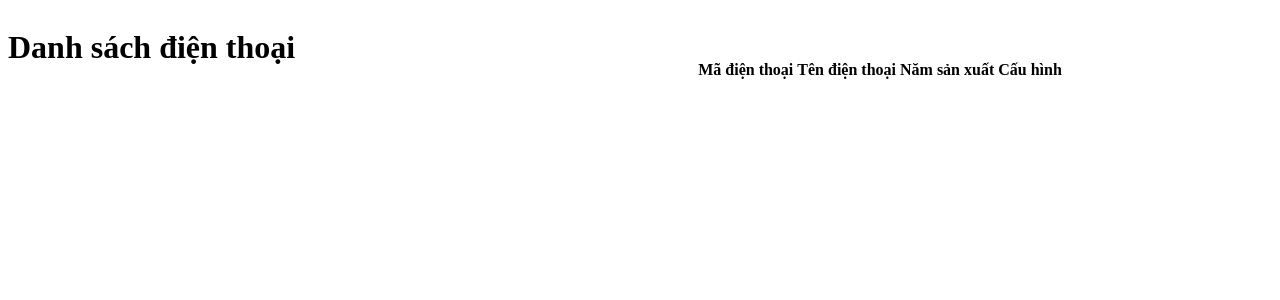
Repository: buikhacthang91042/Nam4_Ki1
Page: http://localhost/Tuan05/DanhSachDienThoaiNCC.jsp
An editor plug-in stored every save of this project. The page is shown before and after the next save, followed by the edit.
The browser window is 1280 px wide. The pictures show the whole page.
The page is served by Tomcat 10. Nobody is signed in. The application's start-up code is not run. Other server files are loaded and not shown. The template is opened directly, without the code that normally fills it, so the values that code supplies are empty.

Above is the page before, as saved 2024-10-10 11:57:48.

### WWW/BuiKhacThang_21127151_Tuan05/Tuan05/src/main/webapp/DanhSachDienThoaiNCC.jsp
<%@ page contentType="text/html; charset=UTF-8" language="java"%>
<%@ taglib uri="http://java.sun.com/jsp/jstl/functions" prefix="fn"%>
<%@ taglib prefix="c" uri="jakarta.tags.core"%>
<!DOCTYPE html>
<html>
<head>
<meta charset="ISO-8859-1">
<title>Danh sách điện thoại theo nhà cung cấp</title>
<style type="text/css">
	.container{
		display: flex;
		flex-direction: row;
	}
	.menu{

	}
	.content{
		display:flex;
		margin-left: 400px;
		margin-top: 50px;
	}
</style>

</head>
<body>
	<form action="" method="GET">
	<div class="container">

		<div class="menu">
		<h1>Danh sách điện thoại</h1>
		<ul>
		<c:forEach var="NCC" items="${NhaCCList}">
			<li><a
				href="DanhSachDienThoaiNCCServlet?mancc= ${NCC.mancc}">${NCC.tenNhaCungCap}</a></li>
		</c:forEach>
		</ul>
		</div>

		<div class="content">
			<table>
				<thead>
					<tr>
						<th>Mã điện thoại</th>
						<th>Tên điện thoại</th>
						<th>Năm sản xuất</th>
						<th>Cấu hình</th>
					</tr>
				</thead>

				<tbody>
				<c:forEach var= "dienThoai" items= "${dienThoaiList}">
					<tr>
						<td>${dienThoai.madt} </td>
						<td>${dienThoai.tenDienThoai} </td>
						<td>${dienThoai.namSanXuat} </td>
						<td>${dienThoai.cauHinh} </td>
					</tr>
				</c:forEach>

				</tbody>
			</table>
		</div>

		</div>
	</form>
</body>
</html>

After the next save:
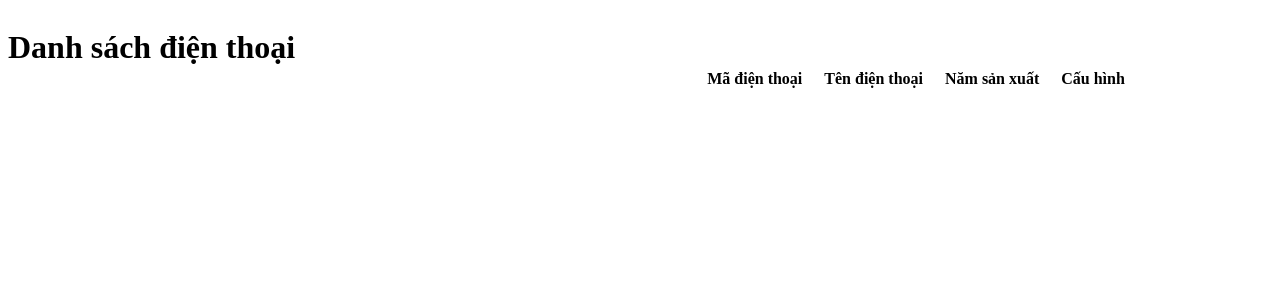
Saved 41 s later.
--- a/WWW/BuiKhacThang_21127151_Tuan05/Tuan05/src/main/webapp/DanhSachDienThoaiNCC.jsp
+++ b/WWW/BuiKhacThang_21127151_Tuan05/Tuan05/src/main/webapp/DanhSachDienThoaiNCC.jsp
@@ -18,6 +18,9 @@
 		display:flex;
 		margin-left: 400px;
 		margin-top: 50px;
+	}
+	th {
+		padding: 10px;
 	}
 </style>
 
